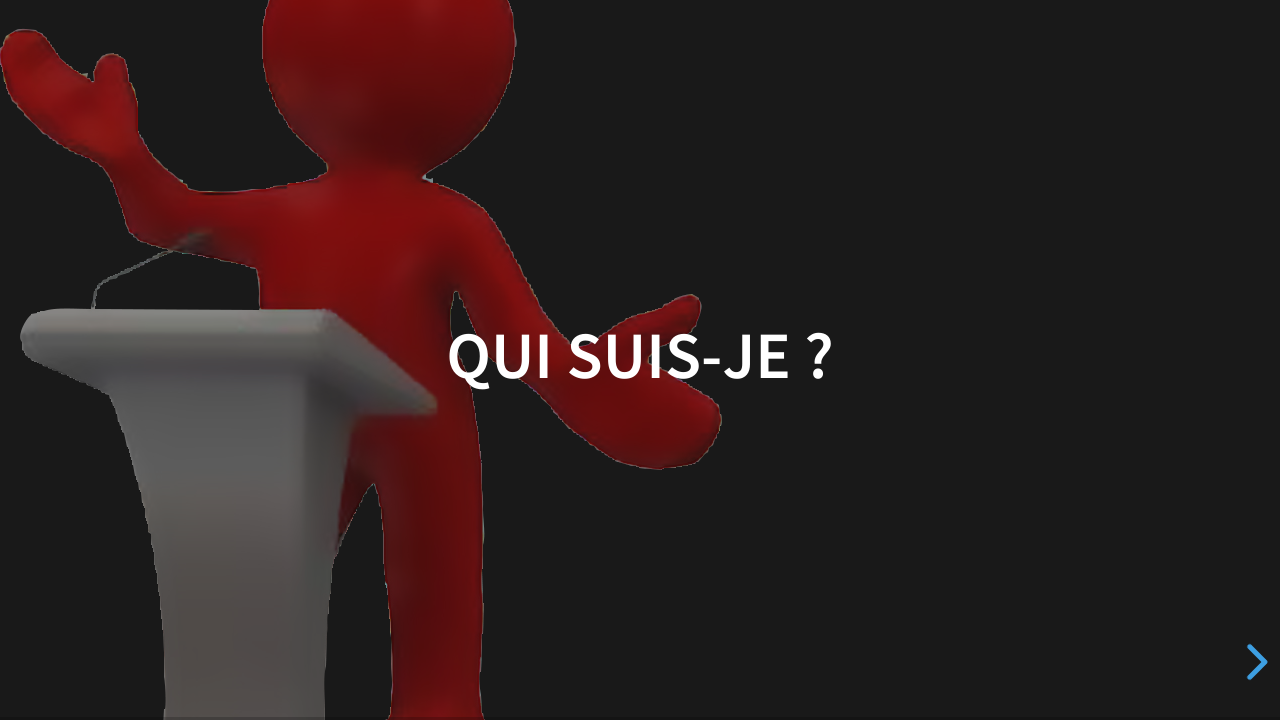
Repository: cutesquirrel/pres-college
Page: index.html
The author's editor kept a copy of each file at every save. The page is drawn from the files as they stood at one save, then again after the next save.
The browser window is 1280 px wide. The pictures show the whole page.

Above is the page before, as saved 2024-03-31 10:39:28.

### index.html
<!doctype html>
<html lang="en">
	<head>
		<meta charset="utf-8">
		<meta name="viewport" content="width=device-width, initial-scale=1.0, maximum-scale=1.0, user-scalable=no">

		<title>reveal.js</title>

		<link rel="stylesheet" href="dist/reset.css">
		<link rel="stylesheet" href="dist/reveal.css">
		<link rel="stylesheet" href="dist/theme/black.css">

		<!-- Theme used for syntax highlighted code -->
		<link rel="stylesheet" href="plugin/highlight/monokai.css">
	</head>
	<body>
		<div class="reveal">
			<div class="slides">
				<section data-background-image="./whoami.png" data-background-size="722px" data-background-position="left" data-background-repeat="no-repeat" data-background-opacity="0.5">
					<h2>Qui suis-je ?</h2>
				</section>
				<section data-background-image="./fond_dev.png" >
					<h2>Développement ?</h2>
				</section>
				<section>

					<h2>Idées de thèmes</h2>
					<ul class="r-fit-text">
<li class="fragment fade-left">Les différentes activités réalisées dans votre travail
Développement Web
Gestion de projet
Management d'équipe
Travailler avec les fournisseurs : hébergeur, avis clients par ex, réseaux sociaux
Réunions d'équipe : qui travaille sur quoi ?
Réunions pour préparer des nouveaux projets
Réunions de crise : gros souci sur un site, on ne vend plus ? panique à bord ?


</li>
<li class="fragment fade-left">Description d'une journée type
	Je dirige une équipe de 8 personnes, coupée en 3 : une partie à Aix, l'autre à Montpellier, 1 en Bretagne
	On utilise donc beaucoup Slack, un outil pour communiquer entre nous, comme WhatsApp
Outils de chat : 2
</li>

<li class="fragment fade-left">les horaires de travail -

	9h-12h/14h-18h environ</li>

<li class="fragment fade-left">lieu(x) d’exercice du métier:

	dans l'entreprise, à Aix, ou en télétravail 2j/semaine</li>

<li class="fragment fade-left">les qualités et compétences demandées
	passioné par le développement
  curieux, inventif
	aimer travailler en équipe
	autonôme parfois
</li>

<li class="fragment fade-left">votre parcours de formation
ESIGELEC, école d'ingénieur généraliste.
Plein d'autres formations possibles : EPITECH, l'école 42, BTS, BUT, formation de reconversion


</li>
<li class="fragment fade-left">la place de l’anglais dans votre profession</li>
<li class="fragment fade-left">L’éducation nationale s’engage pour le développement durable et la transition écologique :
	la question de l’environnement est au coeur des nouveaux programme du lycée.

	parler de la question de la consommation énergétique
	Green IT ?
  Netflix, moteurs de recherche comme Google, l'intelligence articielle, le bitcoin - consommation énergétique monstrueuse


</li>
<li class="fragment fade-left">Entreprise ? égalité fille/ garçon: la part des femmes et des hommes dans votre entreprise

	Parmi les développeurs/euses, il y a encore peu de femmes.
	La preuve, je n'ai qu'une femme dans mon équipe sur 8 personnes...

	Par contre, au service marketing, dont je fais partie, c'est principalement des femmes :
	   graphistes, designeuses
	   community manager
		 responsable produit
		 ventes

  De nombreuses initiatives existent pour promouvoir la place de la femme dans ce métier.

</li>
					</ul>

TROUVER QQ PHOTOS HOMAIR
QQ PHOTOS AGREMENTANT LA PRESENTATION

				</section>
				<section>
					<section>Slide 2.1</section>
					<section>Slide 2.2</section>
				</section>
				<section data-transition="convex">
					<h3>data-transition: convex</h3>
				</section>
				<section data-background="indigo">
					<h2>Scroll triggered fragments</h2>
					<ul>
						<li class="fragment fade-left">Step one</li>
						<li class="fragment fade-left">Step two</li>
						<li class="fragment fade-left">Step three</li>
					</ul>
				</section>
			</div>
		</div>

		<script src="dist/reveal.js"></script>
		<script src="plugin/notes/notes.js"></script>
		<script src="plugin/markdown/markdown.js"></script>
		<script src="plugin/highlight/highlight.js"></script>
		<script>
			// More info about initialization & config:
			// - https://revealjs.com/initialization/
			// - https://revealjs.com/config/
			Reveal.initialize({
				hash: true,

				// Learn about plugins: https://revealjs.com/plugins/
				plugins: [ RevealMarkdown, RevealHighlight, RevealNotes ]
			});
		</script>
	</body>
</html>

### dist/theme/black.css
/**
 * Black theme for reveal.js. This is the opposite of the 'white' theme.
 *
 * By Hakim El Hattab, http://hakim.se
 */
@import url(./fonts/source-sans-pro/source-sans-pro.css);
section.has-light-background, section.has-light-background h1, section.has-light-background h2, section.has-light-background h3, section.has-light-background h4, section.has-light-background h5, section.has-light-background h6 {
  color: #222;
}

/*********************************************
 * GLOBAL STYLES
 *********************************************/
:root {
  --r-background-color: #191919;
  --r-main-font: Source Sans Pro, Helvetica, sans-serif;
  --r-main-font-size: 42px;
  --r-main-color: #fff;
  --r-block-margin: 20px;
  --r-heading-margin: 0 0 20px 0;
  --r-heading-font: Source Sans Pro, Helvetica, sans-serif;
  --r-heading-color: #fff;
  --r-heading-line-height: 1.2;
  --r-heading-letter-spacing: normal;
  --r-heading-text-transform: uppercase;
  --r-heading-text-shadow: none;
  --r-heading-font-weight: 600;
  --r-heading1-text-shadow: none;
  --r-heading1-size: 2.5em;
  --r-heading2-size: 1.6em;
  --r-heading3-size: 1.3em;
  --r-heading4-size: 1em;
  --r-code-font: monospace;
  --r-link-color: #42affa;
  --r-link-color-dark: #068de9;
  --r-link-color-hover: #8dcffc;
  --r-selection-background-color: rgba(66, 175, 250, 0.75);
  --r-selection-color: #fff;
  --r-overlay-element-bg-color: 240, 240, 240;
  --r-overlay-element-fg-color: 0, 0, 0;
}

.reveal-viewport {
  background: #191919;
  background-color: var(--r-background-color);
}

.reveal {
  font-family: var(--r-main-font);
  font-size: var(--r-main-font-size);
  font-weight: normal;
  color: var(--r-main-color);
}

.reveal ::selection {
  color: var(--r-selection-color);
  background: var(--r-selection-background-color);
  text-shadow: none;
}

.reveal ::-moz-selection {
  color: var(--r-selection-color);
  background: var(--r-selection-background-color);
  text-shadow: none;
}

.reveal .slides section,
.reveal .slides section > section {
  line-height: 1.3;
  font-weight: inherit;
}

/*********************************************
 * HEADERS
 *********************************************/
.reveal h1,
.reveal h2,
.reveal h3,
.reveal h4,
.reveal h5,
.reveal h6 {
  margin: var(--r-heading-margin);
  color: var(--r-heading-color);
  font-family: var(--r-heading-font);
  font-weight: var(--r-heading-font-weight);
  line-height: var(--r-heading-line-height);
  letter-spacing: var(--r-heading-letter-spacing);
  text-transform: var(--r-heading-text-transform);
  text-shadow: var(--r-heading-text-shadow);
  word-wrap: break-word;
}

.reveal h1 {
  font-size: var(--r-heading1-size);
}

.reveal h2 {
  font-size: var(--r-heading2-size);
}

.reveal h3 {
  font-size: var(--r-heading3-size);
}

.reveal h4 {
  font-size: var(--r-heading4-size);
}

.reveal h1 {
  text-shadow: var(--r-heading1-text-shadow);
}

/*********************************************
 * OTHER
 *********************************************/
.reveal p {
  margin: var(--r-block-margin) 0;
  line-height: 1.3;
}

/* Remove trailing margins after titles */
.reveal h1:last-child,
.reveal h2:last-child,
.reveal h3:last-child,
.reveal h4:last-child,
.reveal h5:last-child,
.reveal h6:last-child {
  margin-bottom: 0;
}

/* Ensure certain elements are never larger than the slide itself */
.reveal img,
.reveal video,
.reveal iframe {
  max-width: 95%;
  max-height: 95%;
}

.reveal strong,
.reveal b {
  font-weight: bold;
}

.reveal em {
  font-style: italic;
}

.reveal ol,
.reveal dl,
.reveal ul {
  display: inline-block;
  text-align: left;
  margin: 0 0 0 1em;
}

.reveal ol {
  list-style-type: decimal;
}

.reveal ul {
  list-style-type: disc;
}

.reveal ul ul {
  list-style-type: square;
}

.reveal ul ul ul {
  list-style-type: circle;
}

.reveal ul ul,
.reveal ul ol,
.reveal ol ol,
.reveal ol ul {
  display: block;
  margin-left: 40px;
}

.reveal dt {
  font-weight: bold;
}

.reveal dd {
  margin-left: 40px;
}

.reveal blockquote {
  display: block;
  position: relative;
  width: 70%;
  margin: var(--r-block-margin) auto;
  padding: 5px;
  font-style: italic;
  background: rgba(255, 255, 255, 0.05);
  box-shadow: 0px 0px 2px rgba(0, 0, 0, 0.2);
}

.reveal blockquote p:first-child,
.reveal blockquote p:last-child {
  display: inline-block;
}

.reveal q {
  font-style: italic;
}

.reveal pre {
  display: block;
  position: relative;
  width: 90%;
  margin: var(--r-block-margin) auto;
  text-align: left;
  font-size: 0.55em;
  font-family: var(--r-code-font);
  line-height: 1.2em;
  word-wrap: break-word;
  box-shadow: 0px 5px 15px rgba(0, 0, 0, 0.15);
}

.reveal code {
  font-family: var(--r-code-font);
  text-transform: none;
  tab-size: 2;
}

.reveal pre code {
  display: block;
  padding: 5px;
  overflow: auto;
  max-height: 400px;
  word-wrap: normal;
}

.reveal .code-wrapper {
  white-space: normal;
}

.reveal .code-wrapper code {
  white-space: pre;
}

.reveal table {
  margin: auto;
  border-collapse: collapse;
  border-spacing: 0;
}

.reveal table th {
  font-weight: bold;
}

.reveal table th,
.reveal table td {
  text-align: left;
  padding: 0.2em 0.5em 0.2em 0.5em;
  border-bottom: 1px solid;
}

.reveal table th[align=center],
.reveal table td[align=center] {
  text-align: center;
}

.reveal table th[align=right],
.reveal table td[align=right] {
  text-align: right;
}

.reveal table tbody tr:last-child th,
.reveal table tbody tr:last-child td {
  border-bottom: none;
}

.reveal sup {
  vertical-align: super;
  font-size: smaller;
}

.reveal sub {
  vertical-align: sub;
  font-size: smaller;
}

.reveal small {
  display: inline-block;
  font-size: 0.6em;
  line-height: 1.2em;
  vertical-align: top;
}

.reveal small * {
  vertical-align: top;
}

.reveal img {
  margin: var(--r-block-margin) 0;
}

/*********************************************
 * LINKS
 *********************************************/
.reveal a {
  color: var(--r-link-color);
  text-decoration: none;
  transition: color 0.15s ease;
}

.reveal a:hover {
  color: var(--r-link-color-hover);
  text-shadow: none;
  border: none;
}

.reveal .roll span:after {
  color: #fff;
  background: var(--r-link-color-dark);
}

/*********************************************
 * Frame helper
 *********************************************/
.reveal .r-frame {
  border: 4px solid var(--r-main-color);
  box-shadow: 0 0 10px rgba(0, 0, 0, 0.15);
}

.reveal a .r-frame {
  transition: all 0.15s linear;
}

.reveal a:hover .r-frame {
  border-color: var(--r-link-color);
  box-shadow: 0 0 20px rgba(0, 0, 0, 0.55);
}

/*********************************************
 * NAVIGATION CONTROLS
 *********************************************/
.reveal .controls {
  color: var(--r-link-color);
}

/*********************************************
 * PROGRESS BAR
 *********************************************/
.reveal .progress {
  background: rgba(0, 0, 0, 0.2);
  color: var(--r-link-color);
}

/*********************************************
 * PRINT BACKGROUND
 *********************************************/
@media print {
  .backgrounds {
    background-color: var(--r-background-color);
  }
}

### plugin/highlight/monokai.css
/*
Monokai style - ported by Luigi Maselli - http://grigio.org
*/

.hljs {
  display: block;
  overflow-x: auto;
  padding: 0.5em;
  background: #272822;
  color: #ddd;
}

.hljs-tag,
.hljs-keyword,
.hljs-selector-tag,
.hljs-literal,
.hljs-strong,
.hljs-name {
  color: #f92672;
}

.hljs-code {
  color: #66d9ef;
}

.hljs-class .hljs-title {
  color: white;
}

.hljs-attribute,
.hljs-symbol,
.hljs-regexp,
.hljs-link {
  color: #bf79db;
}

.hljs-string,
.hljs-bullet,
.hljs-subst,
.hljs-title,
.hljs-section,
.hljs-emphasis,
.hljs-type,
.hljs-built_in,
.hljs-builtin-name,
.hljs-selector-attr,
.hljs-selector-pseudo,
.hljs-addition,
.hljs-variable,
.hljs-template-tag,
.hljs-template-variable {
  color: #a6e22e;
}

.hljs-comment,
.hljs-quote,
.hljs-deletion,
.hljs-meta {
  color: #75715e;
}

.hljs-keyword,
.hljs-selector-tag,
.hljs-literal,
.hljs-doctag,
.hljs-title,
.hljs-section,
.hljs-type,
.hljs-selector-id {
  font-weight: bold;
}

Loaded but not shown: dist/reset.css (common file); dist/reveal.css (library); dist/reveal.js (library); plugin/notes/notes.js (library); plugin/markdown/markdown.js (library); plugin/highlight/highlight.js (library); dist/theme/fonts/source-sans-pro/source-sans-pro.css (common file)

After the next save:
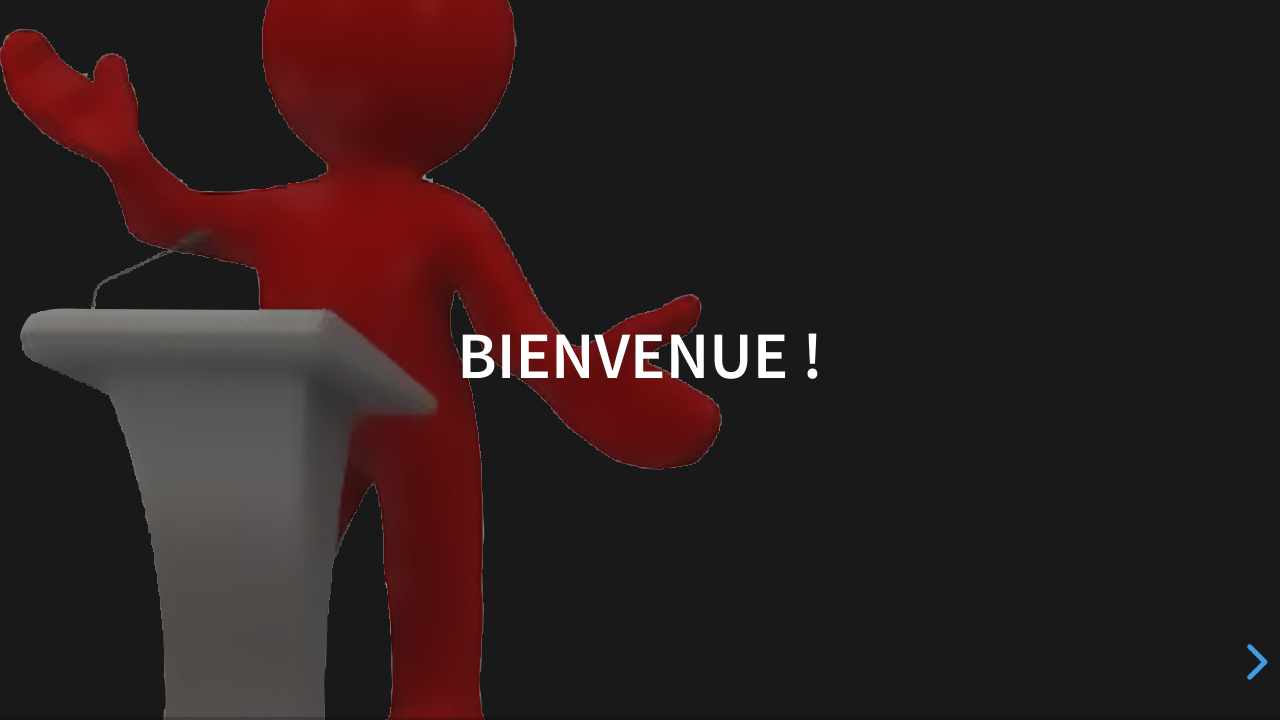
Saved 21 s later.
--- a/index.html
+++ b/index.html
@@ -16,6 +16,9 @@
 	<body>
 		<div class="reveal">
 			<div class="slides">
+				<section data-background-image="./whoami.png" data-background-size="722px" data-background-position="left" data-background-repeat="no-repeat" data-background-opacity="0.5">
+					<h2>Bienvenue !</h2>
+				</section>
 				<section data-background-image="./whoami.png" data-background-size="722px" data-background-position="left" data-background-repeat="no-repeat" data-background-opacity="0.5">
 					<h2>Qui suis-je ?</h2>
 				</section>
